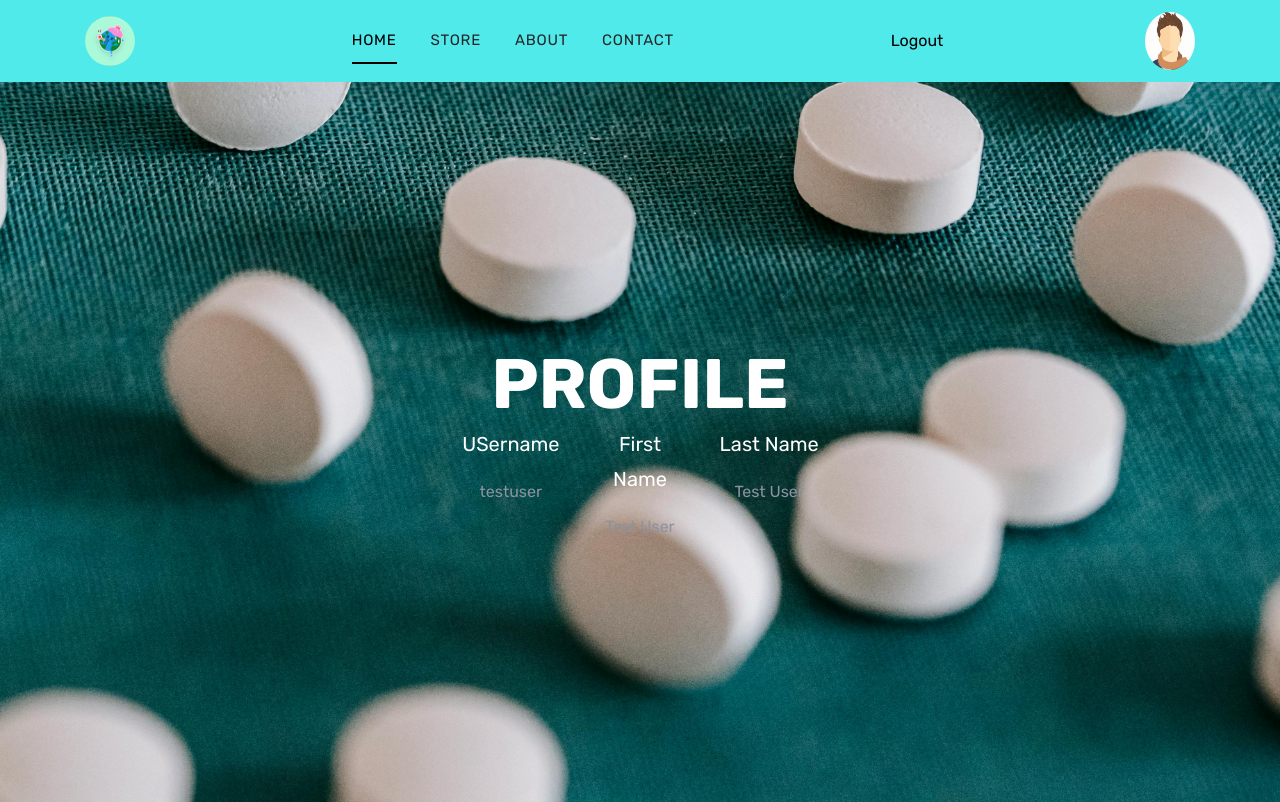
Repository: Argivist/Web-Doctor
Page: http://localhost/view/profile.php
The author's editor kept a copy of each file at every save. The page is drawn from the files as they stood at one save, then again after the next save.
The browser window is 1280 px wide. The pictures show the whole page.
Some web fonts or font styles are not loaded; a fallback is used. The page is run by PHP 8.4 with error messages shown; the project is at /var/www/html/. The session is filled in as if someone had signed in: {"id": 1, "username": "testuser", "fname": "Test User", "lname": "Test User", "email": "test@example.com", "phone": 1, "address": 1}.

Above is the page before, as saved 2024-02-20 18:49:18.

After the next save:
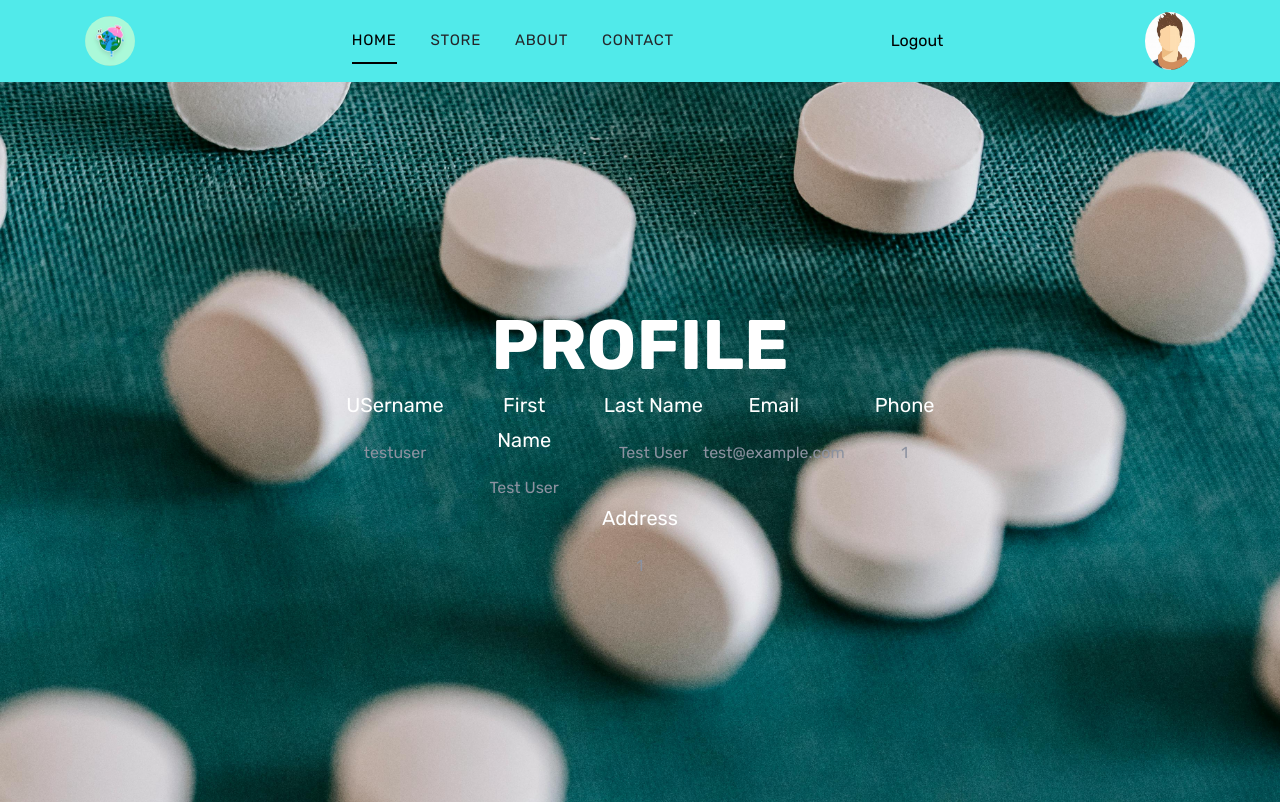
Saved 36 s later.
--- a/view/profile.php
+++ b/view/profile.php
@@ -95,6 +95,19 @@ $username=$_SESSION['username'];
                                echo $_SESSION['lname'];
             ?></div>
                     </div>
+                    <div class="row">
+                        <div class="col"><p>Email</p><?php
+                               echo $_SESSION['email'];
+            ?></div>
+                        <div class="col"><p>Phone</p><?php
+                               echo $_SESSION['phone'];
+            ?></div>
+                    </div>
+                    <div class="row">
+                        <div class="col"><p>Address</p><?php
+                               echo $_SESSION['address'];
+            ?></div>
+
                 </div>
             </div>
           </div>
